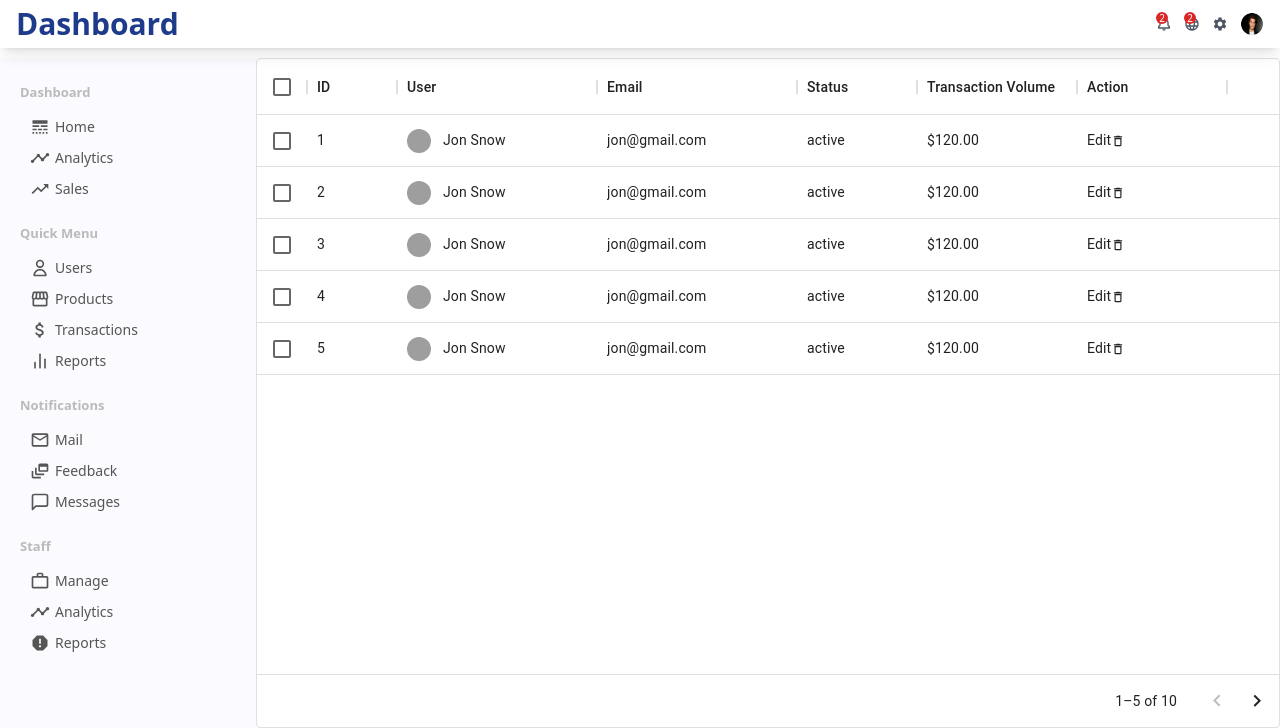
Repository: nation430/React-AdminDashboard
Page: /users
These files come from the project's save history. The page is drawn as it stood at one moment and after the next save; the edit follows.
The browser window is 1280 px wide. The pictures show the whole page.
Pictures or frames that could not be fetched are drawn as grey boxes. The project was rebuilt for these pictures with package versions that can differ from the ones it lists, and the page was loaded fresh each time. Also part of the build but not shown: src/pages/home/home.css, src/components/featuredInfo/featuredInfo.css, src/components/featuredInfo/FeaturedInfo.jsx, src/components/chart/chart.css, src/components/chart/Chart.jsx, src/dummyData.js, src/components/widgetSm/widgetSm.css, src/components/widgetSm/WidgetSm.jsx and 3 more.

Above is the page before, as saved 2022-08-29 12:15:20.

### public/index.html
<!DOCTYPE html>
<html lang="en">
  <head>
    <meta charset="utf-8" />
    <meta name="viewport" content="width=device-width, initial-scale=1" />
    <meta name="theme-color" content="#000000" />
    <meta
      name="description"
      content="Web site created using create-react-app"
    />
    <link rel="preconnect" href="https://fonts.googleapis.com" />
    <link rel="preconnect" href="https://fonts.gstatic.com" crossorigin />
    <link
      href="https://fonts.googleapis.com/css2?family=Source+Sans+Pro:wght@200;300;400;600;700&display=swap"
      rel="stylesheet"
    />

    <title>React Admin Dashboard</title>
  </head>
  <body>
    <noscript>You need to enable JavaScript to run this app.</noscript>
    <div id="root"></div>
  </body>
</html>

### src/index.css
@tailwind base;
h1 {
  @apply text-2xl;
}
h2 {
  @apply text-xl;
}
h3 {
  @apply text-lg;
}
@tailwind components;
@tailwind utilities;

* {
  margin: 0;
  padding:0;
  box-sizing: border-box;

}

### src/App.js
import Topbar from "./components/topbar/Topbar";
import Sidebar from "./components/sidebar/Sidebar";
import Home from "./pages/home/Home";
import "./app.css";
import { BrowserRouter as Router, Routes, Route } from "react-router-dom";
import UserList from "./pages/home/userList/UserList";

function App() {
  return (
    <Router>
      <Topbar />
      <div className="wrapper flex h-full">
        <Sidebar />
        <Routes>
          <Route exact path="/">
            <Route path="/" element={<Home />} />
            <Route path="users" element={<UserList />} />
          </Route>
        </Routes>
      </div>
    </Router>
  );
}

export default App;

### src/components/topbar/Topbar.jsx
import React from "react";
import  "./topbar.css";
import { BiBell } from 'react-icons/bi';
import { MdLanguage, MdSettings  } from "react-icons/md";


export default function Topbar () {
    return(
        <div className="topbar w-full h-12 bg-white sticky top-0 z-50 shadow-lg ">
            <div className="topbarWeapper flex items-center justify-between h-full px-4 py-0">
            <div className="topLeft">
                <span className="logo font-bold text-3xl text-blue-900 cursor-pointer ...">Dashboard</span>
            </div>
            <div className="topRight flex items-center">

                {/* First icon  */}
                <div className="topbarIconsContainer relative cursor-pointer ... ml-3 text-gray-600">
                <BiBell />
                <span className="topIconBadge absolute text-white bg-red-600 right-1 -top-1 flex items-center justify-center rounded-full text-xs h-3 w-3">2</span>
                </div>

                   {/*second icon  */}
                <div className="topbarIconsContainer relative cursor-pointer ... ml-3 text-gray-600">
                <MdLanguage />
                <span className="topIconBadge absolute text-white bg-red-600 right-1 -top-1 flex items-center justify-center rounded-full text-xs h-3 w-3">2</span>
                </div>


                    {/*third icon  */}
                <div className="topbarIconsContainer relative cursor-pointer ... mx-3 text-gray-600">
                < MdSettings  />
                </div>

                <img src="images/img.png" alt="BigCo Inc. logo"  className="topAvater w-6 h-6 rounded-full cursor-pointer ..."/>

            </div>
            </div>
        </div>
    )

}

### src/components/sidebar/Sidebar.jsx
import "./sidebar.css";
import { MdLineStyle, MdOutlineTimeline, MdTrendingUp, MdStorefront, MdAttachMoney, MdOutlineMail, MdDynamicFeed, MdWorkOutline, MdReport} from "react-icons/md";
import { HiOutlineUser} from "react-icons/hi";
import { FiBarChart2, FiMessageSquare} from "react-icons/fi";

export default function sidebar(){
    return(
        <div className="sidebar sticky">
        <div className="sidebarWrapper p-5">
            {/* first sidenavbar */}
            <div className="sidebarMenu mb-2.5">
                <h3 className="sidebarTitle">Dashboard</h3>
                <ul className="sidebarList px-4 py-0">
                    <li className="sidebarListItems flex items-center">
                    <MdLineStyle className="sidebarIcon"/>
                    Home
                    </li>

                    <li className="sidebarListItems flex items-center">
                    <MdOutlineTimeline className="sidebarIcon" />
                    Analytics
                    </li>


                    <li className="sidebarListItems flex items-center">
                    <MdTrendingUp className="sidebarIcon" />
                   Sales
                    </li>
                </ul>
            </div>

            {/* second sidenavbar */}
            <div className="sidebarMenu mb-2.5">
                <h3 className="sidebarTitle">Quick Menu</h3>
                <ul className="sidebarList px-4 py-1">
                    <li className="sidebarListItems flex items-center">
                    <HiOutlineUser className="sidebarIcon" />
                    Users
                    </li>

                    <li className="sidebarListItems flex  items-center" >
                    <MdStorefront className="sidebarIcon" />
                    Products
                    </li>

                    <li className="sidebarListItems flex items-center">
                    <MdAttachMoney className="sidebarIcon" />
                   Transactions
                    </li>


                    <li className="sidebarListItems flex items-center">
                    <FiBarChart2 className="sidebarIcon" />
                   Reports
                    </li>
                </ul>
            </div>

                {/* third sidenavbar */}
                <div className="sidebarMenu mb-2.5">
                <h3 className="sidebarTitle">Notifications</h3>
                <ul className="sidebarList px-4 py-1">
                    <li className="sidebarListItems flex items-center">
                    <MdOutlineMail className="sidebarIcon" />
                    Mail
                    </li>

                    <li className="sidebarListItems flex  items-center" >
                    <MdDynamicFeed className="sidebarIcon" />
                    Feedback
                    </li>

                    <li className="sidebarListItems flex items-center">
                    <FiMessageSquare className="sidebarIcon" />
                   Messages
                    </li>
                </ul>
            </div>

                {/* fourth sidenavbar */}
                <div className="sidebarMenu mb-2.5">
                <h3 className="sidebarTitle">Staff</h3>
                <ul className="sidebarList px-4 py-1">
                    <li className="sidebarListItems flex items-center">
                    <MdWorkOutline className="sidebarIcon" />
                    Manage
                    </li>

                    <li className="sidebarListItems flex  items-center" >
                    <MdOutlineTimeline className="sidebarIcon" />
                    Analytics
                    </li>

                    <li className="sidebarListItems flex items-center">
                    <MdReport className="sidebarIcon" />
                   Reports
                    </li>
                </ul>
            </div>
        </div>
        </div>
    )
}

### src/app.css

* {
    margin: 0;
    padding:0;
    box-sizing: border-box;

}


h1{
    font-size: 2em ;
    font-weight: bolder;
}

h2{
    font-size: 1.5em ;
    font-weight: bolder;
}

h3{
    font-size: 1.17em ;
    font-weight: bolder;
}

.wrapper{
    margin-top:10px;
}

### src/pages/home/userList/UserList.jsx
import "./userList.css"
import { DataGrid } from '@mui/x-data-grid';
import {MdDeleteOutline} from "react-icons/md";

export default function UserList(){

  const columns = [
    { field: 'id', headerName: 'ID', width: 90 },
    { field: 'user',
     headerName: 'User',
     width: 200,
     renderCell: (params) =>{
      return(
        <div className="userListUser flex items-center">
        <img className="userListImg w-6 h-6 rounded-full object-cover mr-3" src={params.row.avatar} alt="" />
        {params.row.userName}
      </div>
      )
    } },
    { field: 'email', headerName: 'Email', width: 200 },
    {
      field: 'status',
      headerName: 'Status',
      width: 120,
    },
    {
      field: 'transaction',
      headerName: 'Transaction Volume',
      width: 160,
    },

      {
        field: "action",
        headerName: "Action",
        width: 150,
        renderCell: (params) => {
          return (
            <>
            <button className="userListEdit">Edit</button>
              <MdDeleteOutline/>
            </>
          );

      },
    },

  ];

  const rows = [
    { id: 1,
       userName: 'Jon Snow',
       avatar:
       "https://images.pexels.com/photos/1152994/pexels-photo-1152994.jpeg?auto=compress&cs=tinysrgb&dpr=2&w=500",
        email: "jon@gmail.com",
        status: "active" ,
        transaction: "$120.00"
      },

      { id: 2,
        userName: 'Jon Snow',
        avatar:
        "https://images.pexels.com/photos/1152994/pexels-photo-1152994.jpeg?auto=compress&cs=tinysrgb&dpr=2&w=500",
         email: "jon@gmail.com",
         status: "active" ,
         transaction: "$120.00"
       },

       { id: 3,
        userName: 'Jon Snow',
        avatar:
        "https://images.pexels.com/photos/1152994/pexels-photo-1152994.jpeg?auto=compress&cs=tinysrgb&dpr=2&w=500",
         email: "jon@gmail.com",
         status: "active" ,
         transaction: "$120.00"
       },

       { id: 4,
        userName: 'Jon Snow',
        avatar:
        "https://images.pexels.com/photos/1152994/pexels-photo-1152994.jpeg?auto=compress&cs=tinysrgb&dpr=2&w=500",
         email: "jon@gmail.com",
         status: "active" ,
         transaction: "$120.00"
       },

       { id: 5,
        userName: 'Jon Snow',
        avatar:
        "https://images.pexels.com/photos/1152994/pexels-photo-1152994.jpeg?auto=compress&cs=tinysrgb&dpr=2&w=500",
         email: "jon@gmail.com",
         status: "active" ,
         transaction: "$120.00"
       },

       { id: 6,
        userName: 'Jon Snow',
        avatar:
        "https://images.pexels.com/photos/1152994/pexels-photo-1152994.jpeg?auto=compress&cs=tinysrgb&dpr=2&w=500",         email: "jon@gmail.com",
         status: "active" ,
         transaction: "$120.00"
       },

       { id: 7,
        userName: 'Jon Snow',
        avatar:
        "https://images.pexels.com/photos/1152994/pexels-photo-1152994.jpeg?auto=compress&cs=tinysrgb&dpr=2&w=500",
         email: "jon@gmail.com",
         status: "active" ,
         transaction: "$120.00"
       },

       { id: 8,
        userName: 'Jon Snow',
        avatar:
        "https://images.pexels.com/photos/1152994/pexels-photo-1152994.jpeg?auto=compress&cs=tinysrgb&dpr=2&w=500",
         email: "jon@gmail.com",
         status: "active" ,
         transaction: "$120.00"
       },


       { id: 9,
        userName: 'Jon Snow',
        avatar:
        "https://images.pexels.com/photos/1152994/pexels-photo-1152994.jpeg?auto=compress&cs=tinysrgb&dpr=2&w=500",
         email: "jon@gmail.com",
         status: "active" ,
         transaction: "$120.00"
       },

       { id: 10,
        userName: 'Jon Snow',
        avatar:
        "https://images.pexels.com/photos/1152994/pexels-photo-1152994.jpeg?auto=compress&cs=tinysrgb&dpr=2&w=500",
         email: "jon@gmail.com",
         status: "active" ,
         transaction: "$120.00"
       },

  ];


    return(
        <div className="userList">
          <DataGrid
        rows={rows}
        columns={columns}
        pageSize={5}
        rowsPerPageOptions={[5]}
        checkboxSelection
      />
        </div>
    )
}

### src/components/topbar/topbar.css
.text-xs{
    font-size: 10px;
  }

### src/components/sidebar/sidebar.css
.sidebar{
    flex: 1;
    height: calc(100vh - 50px);
    top:50px;
    background:rgb(251, 251, 255);
}

.sidebarWrapper{
    color: #555;
}

.sidebarTitle{
    font-size: 13px;
    color:rgb(187, 186, 186);
}

.sidebarList{
    padding:5px;
    font-size: 14px;;
}


.sidebarListItems {
    padding:5px;
    cursor: pointer;
    border-radius: 10px;
}

.sidebarListItems.active,
.sidebarListItems:hover{
    background:rgb(228, 228, 250);
}

.sidebarIcon{
    margin-right:5px;
    font-size:20px;
}

### src/pages/home/userList/userList.css
.userList{
    flex: 4;
}

Loaded but not shown: src/index.js (common file); tailwind.config.js (common file)

After the next save:
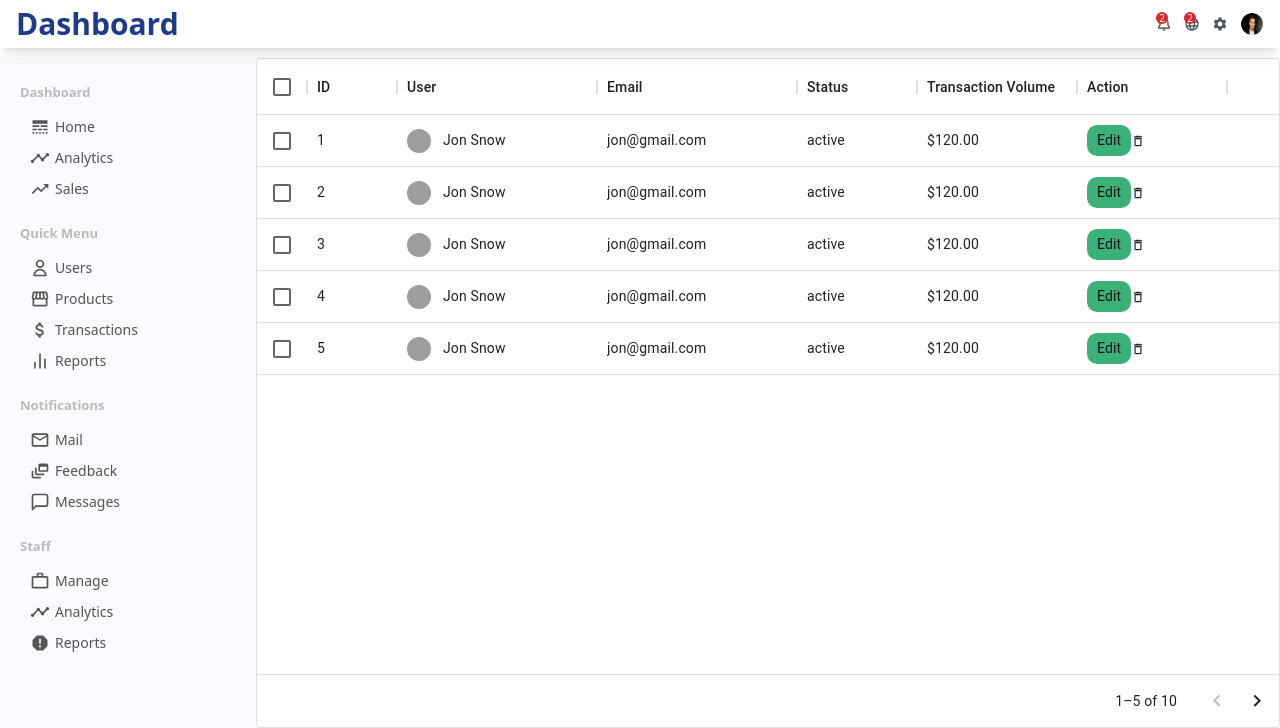
Saved 5 min 31 s later.
--- a/src/pages/home/userList/userList.css
+++ b/src/pages/home/userList/userList.css
@@ -1,3 +1,10 @@
 .userList{
     flex: 4;
 }
+
+.userListEdit{
+    border-radius: 10px;
+    padding: 5px 10px;
+    background-color: #3bb077;
+    cursor: pointer;
+}
